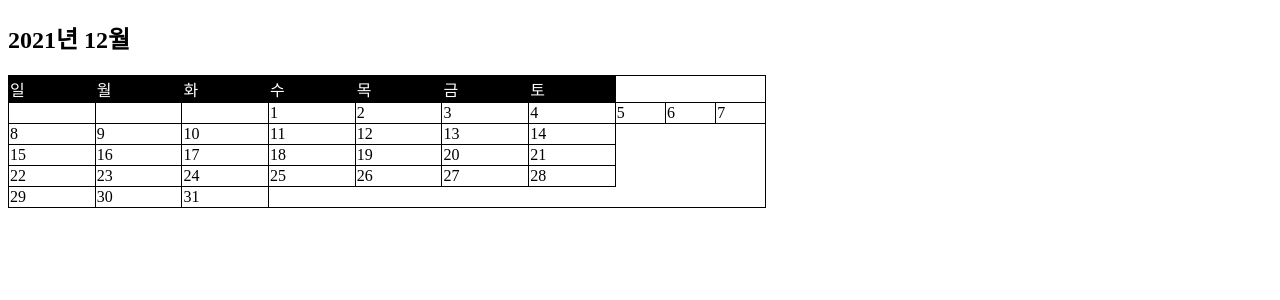
Repository: MegiLove/jspStudy
Page: http://localhost/day1210/calendarTest.jsp
These files come from the project's save history. The page is drawn as it stood at one moment and after the next save; the edit follows.
The browser window is 1280 px wide. The pictures show the whole page.
The page is served by Tomcat 9. Other server files are loaded and not shown.

Above is the page before, as saved 2021-12-10 06:18:10.

### day1210/src/main/webapp/calendarTest.jsp
<%@page import="java.util.Date"%>
<%@ page language="java" contentType="text/html; charset=EUC-KR"
    pageEncoding="EUC-KR"%>
<!DOCTYPE html>
<html>
<head>
<meta charset="EUC-KR">
<title>Insert title here</title>
<style type="text/css">
	table, td{
		border: 1px solid black;
	}
	table{
	border-collapse: collapse;
	width: 60%
	}

	.title{
	background-color: black;
	color: white;
	}
</style>
</head>
<body>

	<%
		String []days= {"일","월","화","수","목","금","토"};
		Date today= new Date();
		int year= today.getYear();
		int month= today.getMonth();
		Date startDate = new Date(year,month,1);

		int startDay = startDate.getDay();
	%>
	<h2><%=year+1900%>년 <%=month+1 %>월</h2>

	<table>
	<tr class="title">
	<%
			for(String day:days){
				%>
			<td><%=day%></td>
				<%
				}
	%>
	</tr>
	<tr>
	<%
	for(int i=1; i<=startDay; i++) {
		%>
		<td>&nbsp;</td>
		<%

	}
	%>
	<%
		for(int i=1; i<=31; i++){
			%>
			<td><%=i %></td>
			<%
			if(i%7==0){
				%>
				</tr><tr>
				<%
			}
		}


	%>
	</tr>
	</table>

</body>
</html>

After the next save:
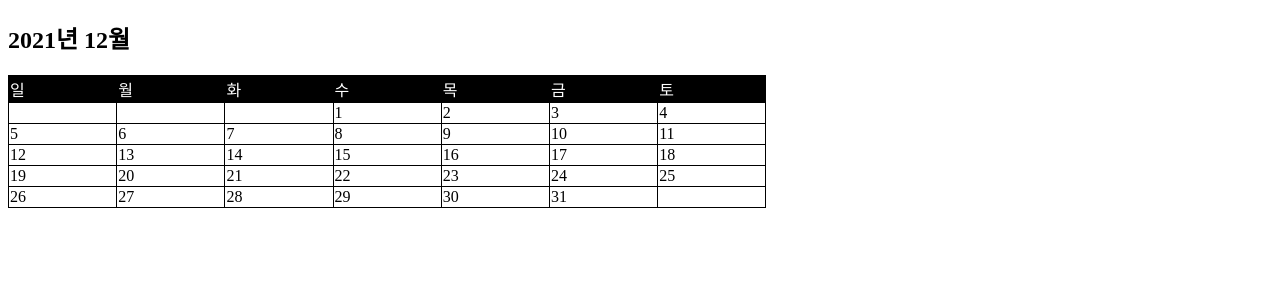
Saved 5 min 11 s later.
--- a/day1210/src/main/webapp/calendarTest.jsp
+++ b/day1210/src/main/webapp/calendarTest.jsp
@@ -24,12 +24,12 @@
 <body>
 
 	<%
+		int []lastDate={31,28,31,30,31,30,31,31,30,31,30,31};
 		String []days= {"일","월","화","수","목","금","토"};
 		Date today= new Date();
 		int year= today.getYear();
 		int month= today.getMonth();
 		Date startDate = new Date(year,month,1);
-
 		int startDay = startDate.getDay();
 	%>
 	<h2><%=year+1900%>년 <%=month+1 %>월</h2>
@@ -58,7 +58,7 @@
 			%>
 			<td><%=i %></td>
 			<%
-			if(i%7==0){
+			if((i+startDay)%7==0){
 				%>
 				</tr><tr>
 				<%
